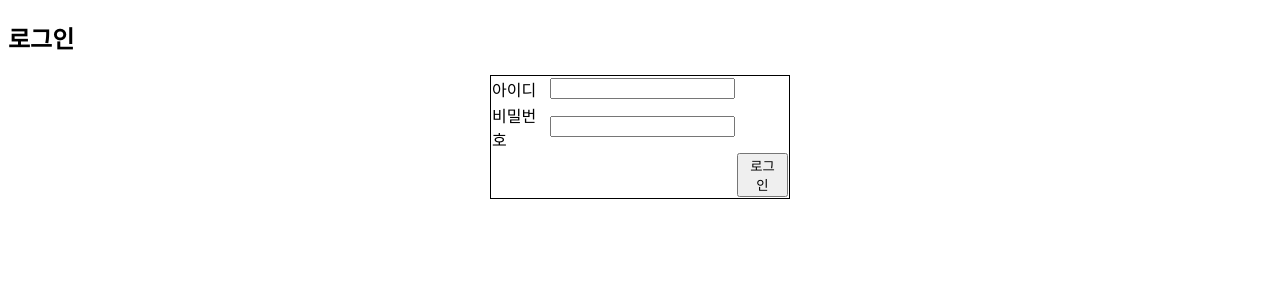
Repository: GTEM0/Acorn-classEdue2-java2-
Page: http://localhost/prj0831/login
The author's editor kept a copy of each file at every save. The page is drawn from the files as they stood at one save, then again after the next save.
The browser window is 1280 px wide. The pictures show the whole page.
The page is served by Tomcat 9. Other server files are loaded and not shown.

Above is the page before, as saved 2023-08-31 02:57:26.

### prj0831/src/main/webapp/WEB-INF/views/login.jsp
<%@ page language="java" contentType="text/html; charset=UTF-8"
    pageEncoding="UTF-8"%>
<!DOCTYPE html>
<html>
<head>
<meta charset="UTF-8">
<title>Insert title here</title>
<style>

table{
width:300px;
border: 1px solid black;
border-collapse: collapse;
margin: 0 auto;
}

</style>
</head>
<body>


<h2>로그인</h2>

<table>
<tr>
<td>아이디</td>
<td><input type="text"></td>
</tr>

<tr>
<td>비밀번호</td>
<td><input type="text"></td>
</tr>

<tr>
<td colspan='2'></td>
<td><button>로그인</button></td>
</tr>
</table>
</body>
</html>

### prj0831/src/main/java/prj8031/LoginServlet.java
package prj8031;

import java.io.IOException;

import javax.servlet.RequestDispatcher;
import javax.servlet.ServletException;
import javax.servlet.annotation.WebServlet;
import javax.servlet.http.HttpServlet;
import javax.servlet.http.HttpServletRequest;
import javax.servlet.http.HttpServletResponse;

@WebServlet("/login")
public class LoginServlet extends HttpServlet{

	@Override
	protected void service(HttpServletRequest request, HttpServletResponse response) throws ServletException, IOException {

		//로그인화면 응답

		RequestDispatcher r = request.getRequestDispatcher("WEB-INF/views/login.jsp");
		r.forward(request, response);

	}

	@Override
	protected void doGet(HttpServletRequest request, HttpServletResponse response) throws ServletException, IOException {

		//로그인을 처리하는 응답
	}

	@Override
	protected void doPost(HttpServletRequest request, HttpServletResponse response) throws ServletException, IOException {

	}

}

After the next save:
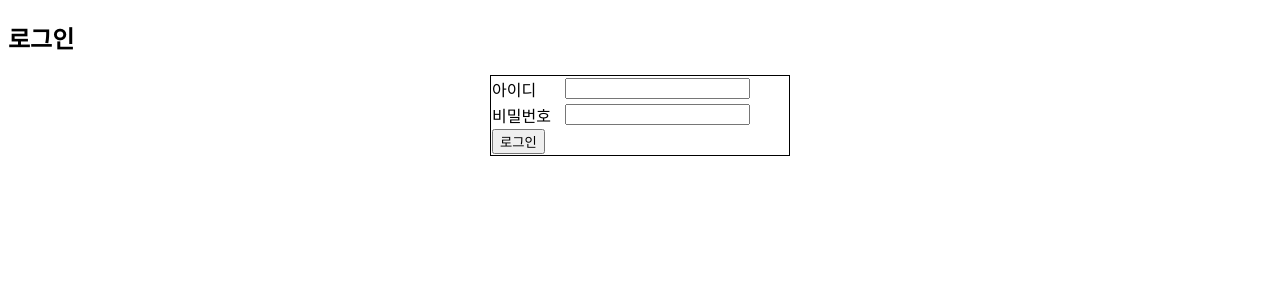
Saved 70 s later.
--- a/prj0831/src/main/webapp/WEB-INF/views/login.jsp
+++ b/prj0831/src/main/webapp/WEB-INF/views/login.jsp
@@ -33,8 +33,9 @@
 </tr>
 
 <tr>
-<td colspan='2'></td>
-<td><button>로그인</button></td>
+<td colspan='2'>
+<button>로그인</button>
+</td>
 </tr>
 </table>
 </body>
